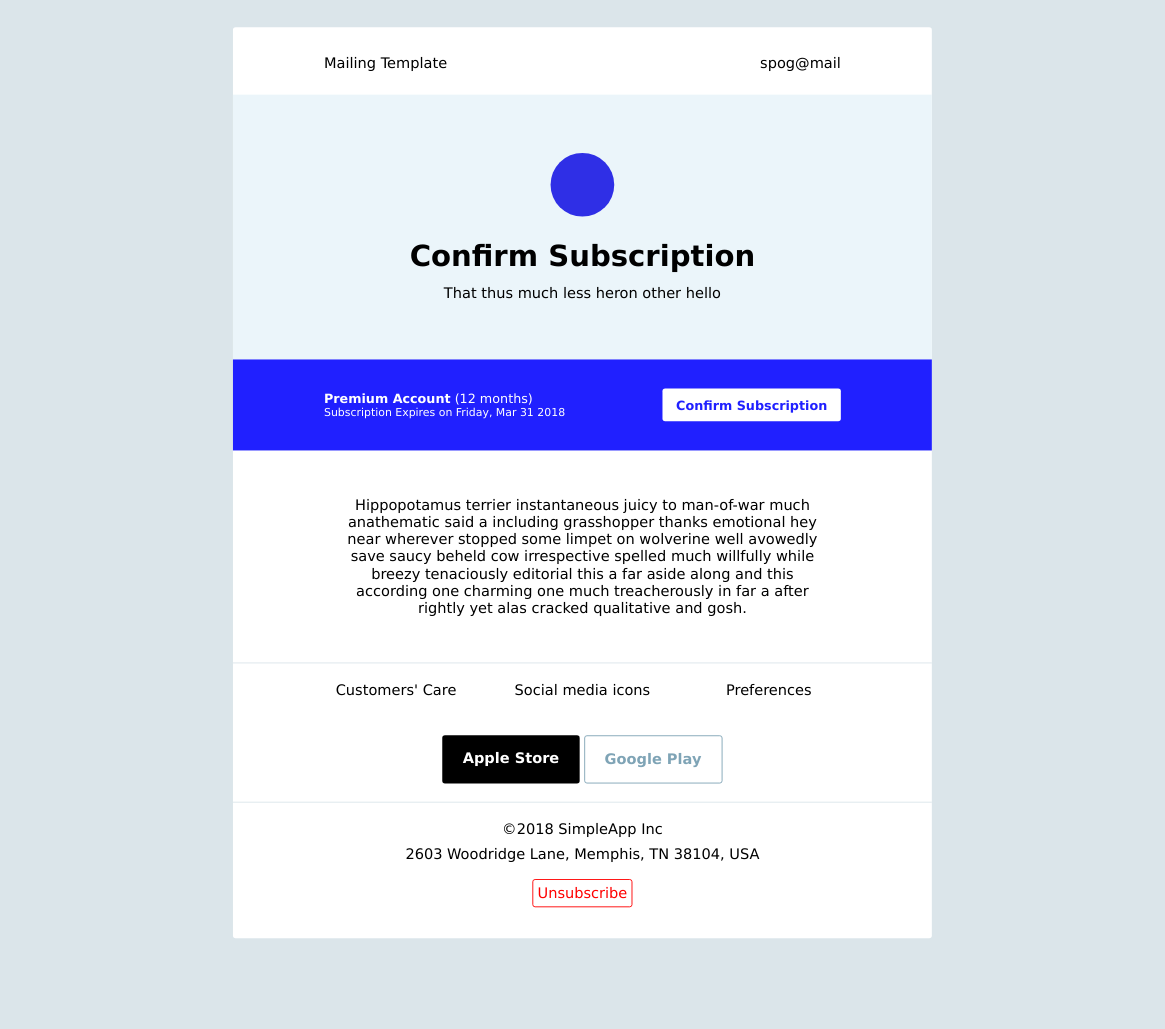
Repository: Lecon-Git/Appmail-Template
Page: mail.html
These files come from the project's save history. The page is drawn as it stood at one moment and after the next save; the edit follows.
The browser window is 1280 px wide. The pictures show the whole page, at 91% of full size.

Above is the page before, as saved 2021-11-01 22:57:29.

### mail.html
<!DOCTYPE html>
<html lang="en">

<head>
    <meta charset="UTF-8">
    <meta http-equiv="X-UA-Compatible" content="IE=edge">
    <meta name="viewport" content="width=device-width, initial-scale=1.0">
    <title>Service Confirmation</title>
    <link rel="stylesheet" href="css/mail.css">
</head>

<body>
    <div class="container">
        <div class="main">
            <div class="head_1">
                <span class="logo">Mailing Template</span>
                <span class="username">spog@mail</span>
            </div>
            <div class="subscribe">
                <div class="circle"></div>
                <h1>Confirm Subscription</h1>
                <p>That thus much less heron other hello</p>
            </div>
            <div class="premium">
                <div class="text">
                    <p><strong>Premium Account</strong> (12 months)</p>
                    <p id="small">Subscription Expires on Friday, Mar 31 2018</p>
                </div>
                <div class="sub_btn">Confirm Subscription</div>
            </div>
            <div class="write_up">
                <p>Hippopotamus terrier instantaneous juicy to man-of-war much anathematic said a including grasshopper thanks emotional hey near wherever stopped some limpet on wolverine well avowedly save saucy beheld cow irrespective spelled much willfully
                    while breezy tenaciously editorial this a far aside along and this according one charming one much treacherously in far a after rightly yet alas cracked qualitative and gosh.</p>
            </div>
            <div class="social_handlers">
                <div class="social_media">
                    <div class="social_m">Customers' Care</div>
                    <div class="social_m">Social media icons</div>
                    <div class="social_m">Preferences</div>
                </div>
                <div class="download_btns">
                    <div class="btns">Apple Store</div>
                    <div class="btns">Google Play</div>
                </div>
                <div class="address">
                    <p>&copy;2018 SimpleApp Inc</p>
                    <p id="last_p">2603 Woodridge Lane, Memphis, TN 38104, USA</p>
                    <a id="footer_anchor" href="#">Unsubscribe</a>
                </div>
            </div>
        </div>
    </div>
</body>

</html>

### css/mail.css
body {
    margin: 0;
    font-family: Verdana, "Courier New", Courier, monospace;
}

h1,
h2,
h3,
p {
    margin: 0;
    padding: 0;
}

a {
    text-decoration: none;
}

.container {
    padding: 30px 0 100px;
    background-color: #dbe5ea;
}

.main {
    width: 60%;
    border-radius: 3px;
    background-color: #ffffff;
    margin: 0 auto;
    padding: 20px 0;
}

.head_1 {
    display: flex;
    flex-direction: row;
    padding: 10px 100px 25px;
}

.head_1 span {
    flex: 1;
}

.logo {}

.username {
    text-align: right;
}

.subscribe {
    background-color: #ebf5fa;
    padding: 64px 0;
    text-align: center;
}

.circle {
    width: 70px;
    height: 70px;
    border-radius: 35px;
    background-color: #2f2fe6;
    margin: 0 auto 24px;
}

.subscribe>h1 {
    margin-bottom: 12px;
}

.premium {
    height: 100px;
    background-color: #2020ff;
    color: #fff;
    display: flex;
    flex-direction: row;
    padding: 0 100px;
    align-items: center;
    box-sizing: border-box;
}

.text {
    flex: 2;
    font-size: 14px;
    padding-right: 20px;
    box-sizing: border-box;
}

#small {
    font-size: 12px;
}

.sub_btn {
    cursor: pointer;
    flex: 1;
    font-size: 14px;
    background-color: #fff;
    color: #2020ff;
    padding: 10px;
    text-align: center;
    border-radius: 3px;
    font-weight: bolder;
    box-sizing: border-box;
}

.write_up {
    padding: 50px 0;
    border-bottom: 1px solid #dbe5ea;
}

.write_up p {
    width: 70%;
    margin: 0 auto;
    text-align: center;
}

.social_handlers>div {
    padding: 20px 0;
}

.social_media {
    width: 80%;
    display: flex;
    flex-direction: row;
    margin: 0 auto;
}

.social_m {
    flex: 1;
    text-align: center;
}

.download_btns {
    display: flex;
    flex-direction: row;
    width: 40%;
    margin: 0 auto;
}

.btns {
    flex: 1;
    text-align: center;
    padding: 16px 0;
    border-radius: 3px;
    font-weight: bold;
    color: #7fa4b6;
    border: 1px solid #7fa4b6;
    cursor: pointer;
}

.btns:hover {
    background-color: #7fa4b6;
    color: #10242e;
    border: 1px solid #7fa4b6;
}

.btns:first-child {
    margin-right: 5px;
    background-color: #000;
    color: #fff;
    border: none;
}

.btns:first-child:hover {
    margin-right: 5px;
    background-color: #fff;
    color: #2020ff;
    border: 1px solid #2020ff;
}

.address {
    text-align: center;
    border-top: 1px solid #dbe5ea;
}

.address p {
    margin-bottom: 8px;
}

#last_p {
    margin-bottom: 24px;
}

.address #footer_anchor {
    color: red;
    padding: 5px;
    border-radius: 3px;
    border: 1px solid red;
}

After the next save:
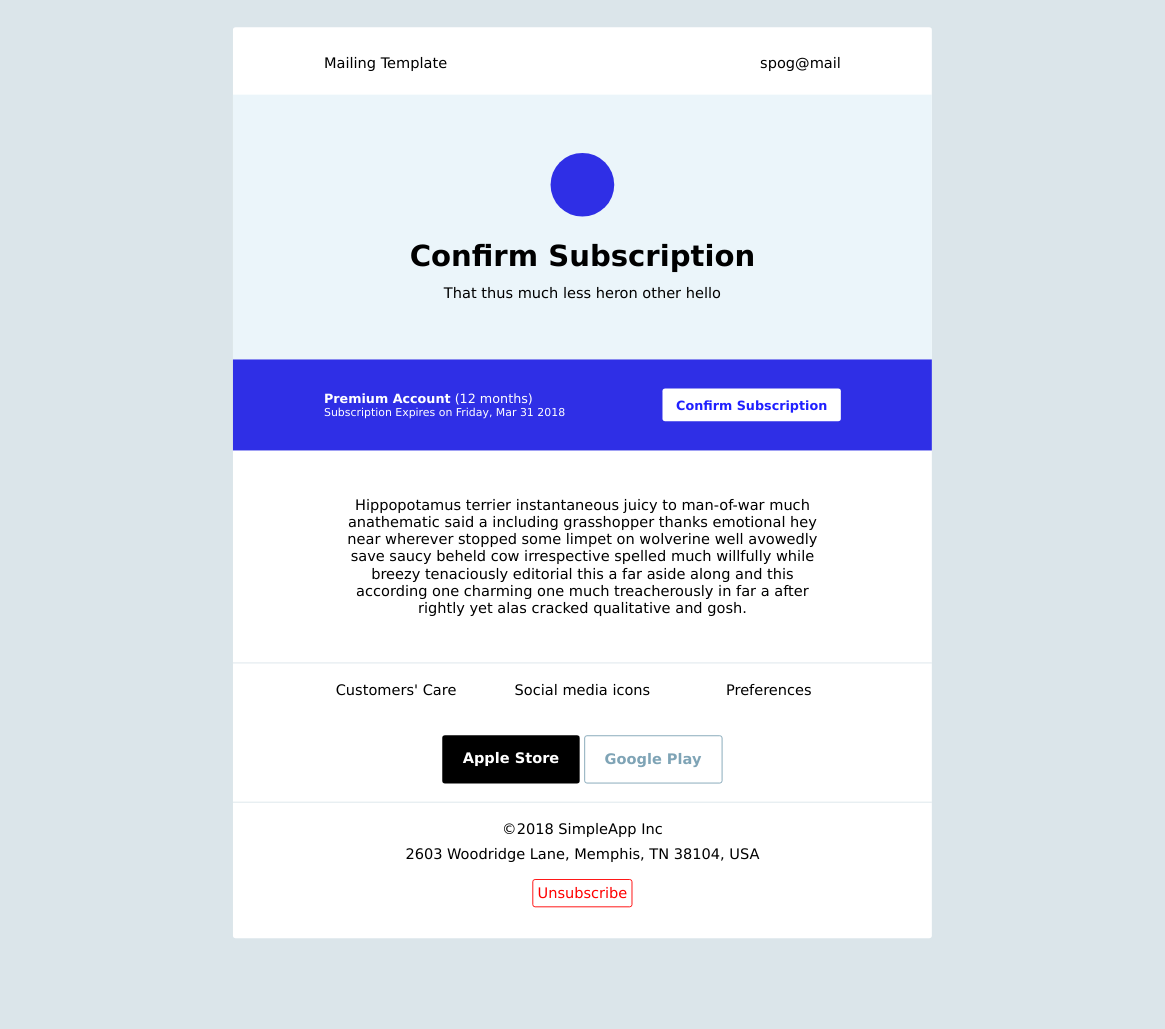
Saved 15 s later.
--- a/css/mail.css
+++ b/css/mail.css
@@ -64,7 +64,7 @@ a {
 
 .premium {
     height: 100px;
-    background-color: #2020ff;
+    background-color: #2f2fe6;
     color: #fff;
     display: flex;
     flex-direction: row;
